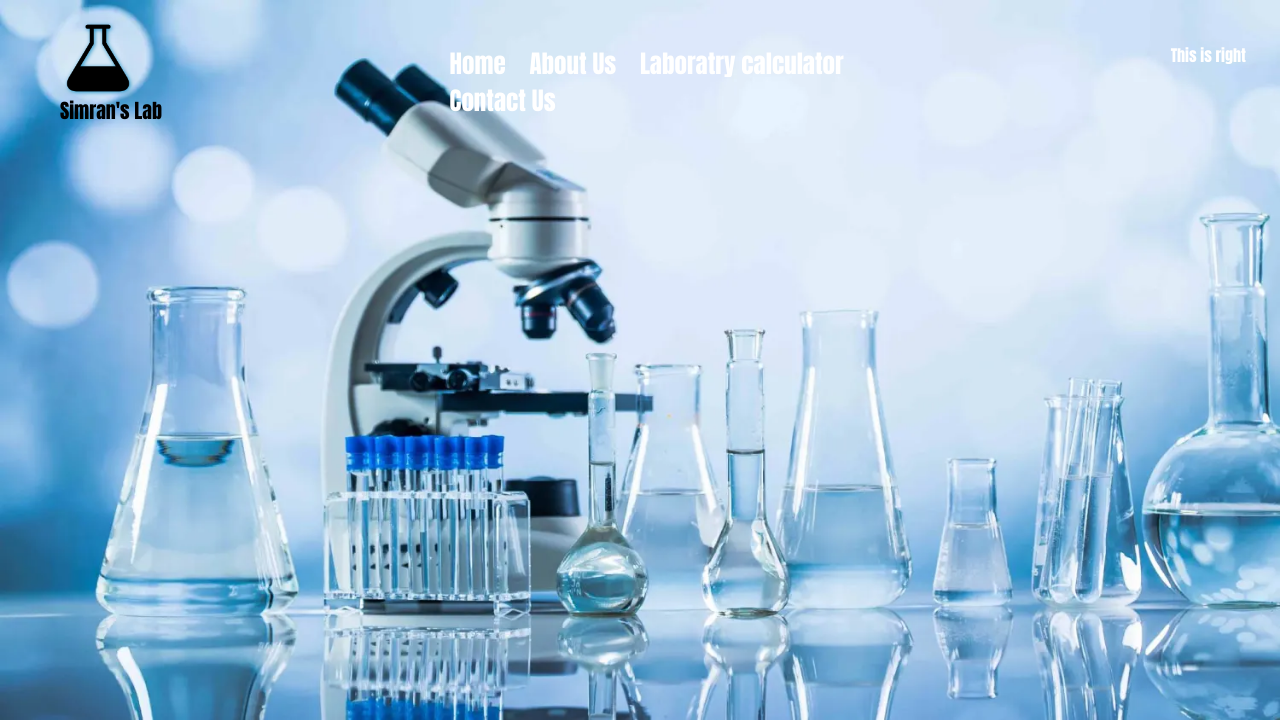
Repository: raisingh22/Simranlearning
Page: html css java/website/index.html
The author's editor kept a copy of each file at every save. The page is drawn from the files as they stood at one save, then again after a run of saves.
The browser window is 1280 px wide. The pictures show the whole page.

Above is the page before, as saved 2024-01-01 18:35:32.

### html css java/website/index.html
<!DOCTYPE html>
<html lang="en">
<head>
    <meta charset="UTF-8">
    <meta name="viewport" content="width=device-width, initial-scale=1.0">
    <title>Simran's Lab</title>
</head>
<link rel="stylesheet" href="css/style.css">
<style>
    body {
        font-family: Impact, Haettenschweiler, 'Arial Narrow Bold', sans-serif;
        color : white;
        padding: 0px;
        margin: 0px;
        background: url('img/bg2.webp');
        background-size:     cover;
        background-repeat:   no-repeat;
        }
    .left {
        display: inline-block;
        position: absolute;
        left: 60px;
        top: 20px;
        /* background-color: rgba(250, 235, 215, 0.943); */
        /* border: 2px solid #dad5d573; */
    }
    .left img{
        width: 76px;
        /* box-shadow: 10px 10px 20px rgb(167, 39, 39); */
        filter: drop-shadow(1px 1px 2px rgb(29, 144, 197));
        /* filter: invert(100%); */
    }
    .left div {
        line-height: 19px;
        font-size: 20px;
        color: black;
        text-align: center;
    }
    .mid{
        display: block;
        width: 36%;
        margin: 29px auto;
        /* border: 2px solid #427e56; */
        /* background-color: #b7b1b164; */
    }
    .right {
        position: absolute;
        right: 34px;
        top: 43px;
        display: inline-block;
        /* border: 2px solid #f058ed; */

    }
    .navbar{
        display: inline-block;
        /* padding: 0px 25px; */
    }
    .navbar li{
        display: inline-block;
        font-size: 25px;
        margin-right: 20px;
        /* border: 1px solid rgb(214, 161, 161); */
    }
    .navbar li a{
        color: white;
        text-decoration: none;
        /* padding: 5px 10px; */
        /* margin: ; */
        /* background-color: rgba(0, 0, 0, 0.607); */
    }
    .navbar li a:hover, .navbar li a.active{
        text-decoration: underline;
        color: grey;
    }

</style>
<body>
    <header class="header">
        <div class="left">
            <img src="img/logo2.png" alt="">
            <div>Simran's Lab</div>
        </div>
        <div class="mid">
            <ul class="navbar">
                <li><a href="#">Home</a></li>
                <li><a href="#">About Us</a></li>
                <li><a href="#">Laboratry calculator</a></li>
                <li><a href="#">Contact Us</a></li>
            </ul>

        </div>
        <div class="right">
            This is right

        </div>
    </header>

</body>
</html>

Loaded but not shown: html css java/website/css/style.css (no stored copy; drawn as an empty file)

After the next 2 saves:
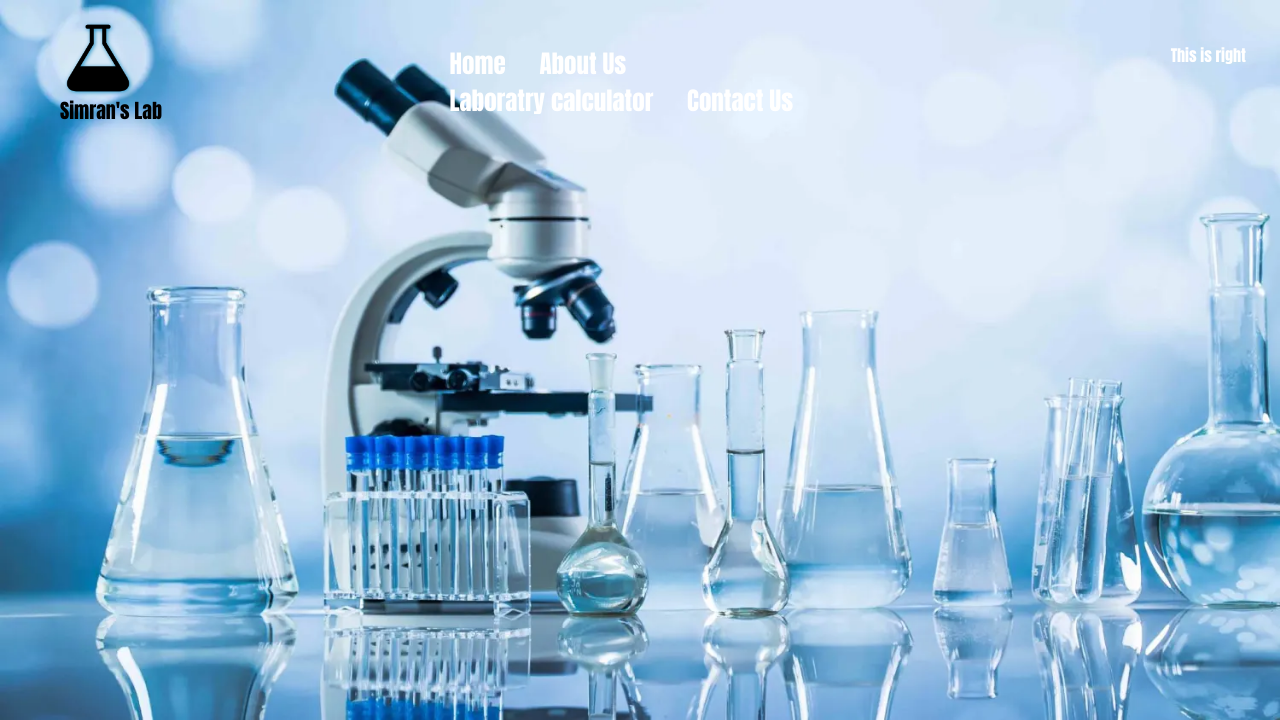
The 2 saves are shown as one change because they came seconds apart.
The last was saved 8 s later.
--- a/html css java/website/index.html
+++ b/html css java/website/index.html
@@ -58,7 +58,7 @@
     .navbar li{
         display: inline-block;
         font-size: 25px;
-        margin-right: 20px;
+        margin-right: 30px;
         /* border: 1px solid rgb(214, 161, 161); */
     }
     .navbar li a{
